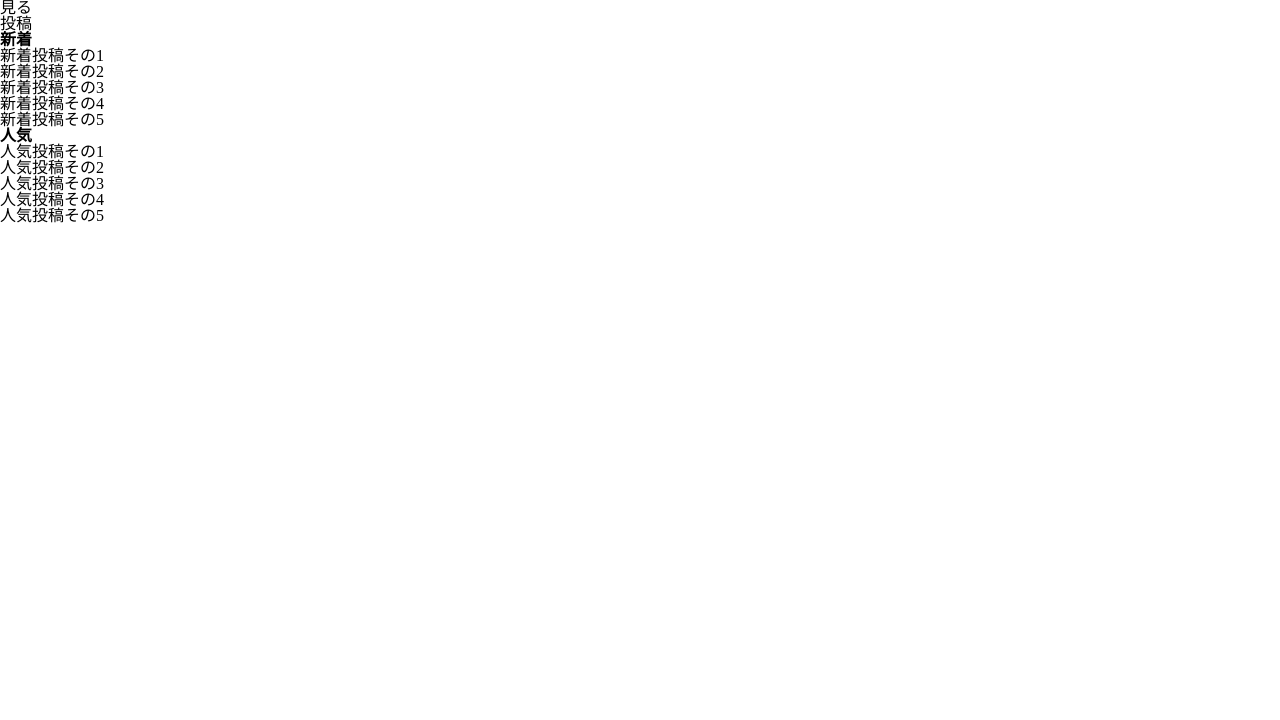
Repository: KustomApe/LandorusInc
Page: index.html
These files come from the project's save history. The page is drawn as it stood at one moment and after the next save; the edit follows.
The browser window is 1280 px wide. The pictures show the whole page.

Above is the page before, as saved 2021-07-24 12:54:02.

### index.html
<!DOCTYPE html>
<html lang="ja">
<head>
    <meta charset="UTF-8">
    <meta http-equiv="X-UA-Compatible" content="IE=edge">
    <meta name="viewport" content="width=device-width, initial-scale=1.0">
    <title>掲示板</title>
    <link rel="stylesheet" href="./assets/css/html5doctor.css">
    <link rel="stylesheet" href="./assets/css/style.css">
</head>
<body>
<div id="wrap">
    <h1 id="main_img"></h1>
    <div class="contents">
        <ul>
            <li>見る</li>
            <li>投稿</li>
        </ul>
        <h2>新着</h2>
        <ul>
            <li>新着投稿その1</li>
            <li>新着投稿その2</li>
            <li>新着投稿その3</li>
            <li>新着投稿その4</li>
            <li>新着投稿その5</li>
        </ul>
        <h2>人気</h2>
        <ul>
            <li>人気投稿その1</li>
            <li>人気投稿その2</li>
            <li>人気投稿その3</li>
            <li>人気投稿その4</li>
            <li>人気投稿その5</li>
        </ul>
    </div>
</div>
</body>
</html>

### assets/css/html5doctor.css
html, body, div, span, object, iframe,
h1, h2, h3, h4, h5, h6, p, blockquote, pre,
abbr, address, cite, code,
del, dfn, em, img, ins, kbd, q, samp,
small, strong, sub, sup, var,
b, i,
dl, dt, dd, ol, ul, li,
fieldset, form, label, legend,
table, caption, tbody, tfoot, thead, tr, th, td,
article, aside, canvas, details, figcaption, figure,
footer, header, hgroup, menu, nav, section, summary,
time, mark, audio, video {
    margin:0;
    padding:0;
    border:0;
    outline:0;
    font-size:100%;
    vertical-align:baseline;
    background:transparent;
}

body {
    line-height:1;
}

article,aside,details,figcaption,figure,
footer,header,hgroup,menu,nav,section {
    display:block;
}

nav ul {
    list-style:none;
}

blockquote, q {
    quotes:none;
}

blockquote:before, blockquote:after,
q:before, q:after {
    content:'';
    content:none;
}

a {
    margin:0;
    padding:0;
    font-size:100%;
    vertical-align:baseline;
    background:transparent;
}

/* change colours to suit your needs */
ins {
    background-color:#ff9;
    color:#000;
    text-decoration:none;
}

/* change colours to suit your needs */
mark {
    background-color:#ff9;
    color:#000;
    font-style:italic;
    font-weight:bold;
}

del {
    text-decoration: line-through;
}

abbr[title], dfn[title] {
    border-bottom:1px dotted;
    cursor:help;
}

table {
    border-collapse:collapse;
    border-spacing:0;
}

/* change border colour to suit your needs */
hr {
    display:block;
    height:1px;
    border:0;
    border-top:1px solid #cccccc;
    margin:1em 0;
    padding:0;
}

input, select {
    vertical-align:middle;
}

### assets/css/style.css
@charset "utf-8";

body {
    width: 100%;
    max-width: 1920px;
}

h1#main_img {
    display: block;
    width: 100%;
    height: auto;
    background: url('../img/main.jpg');
    background-size: cover;
}

After the next save:
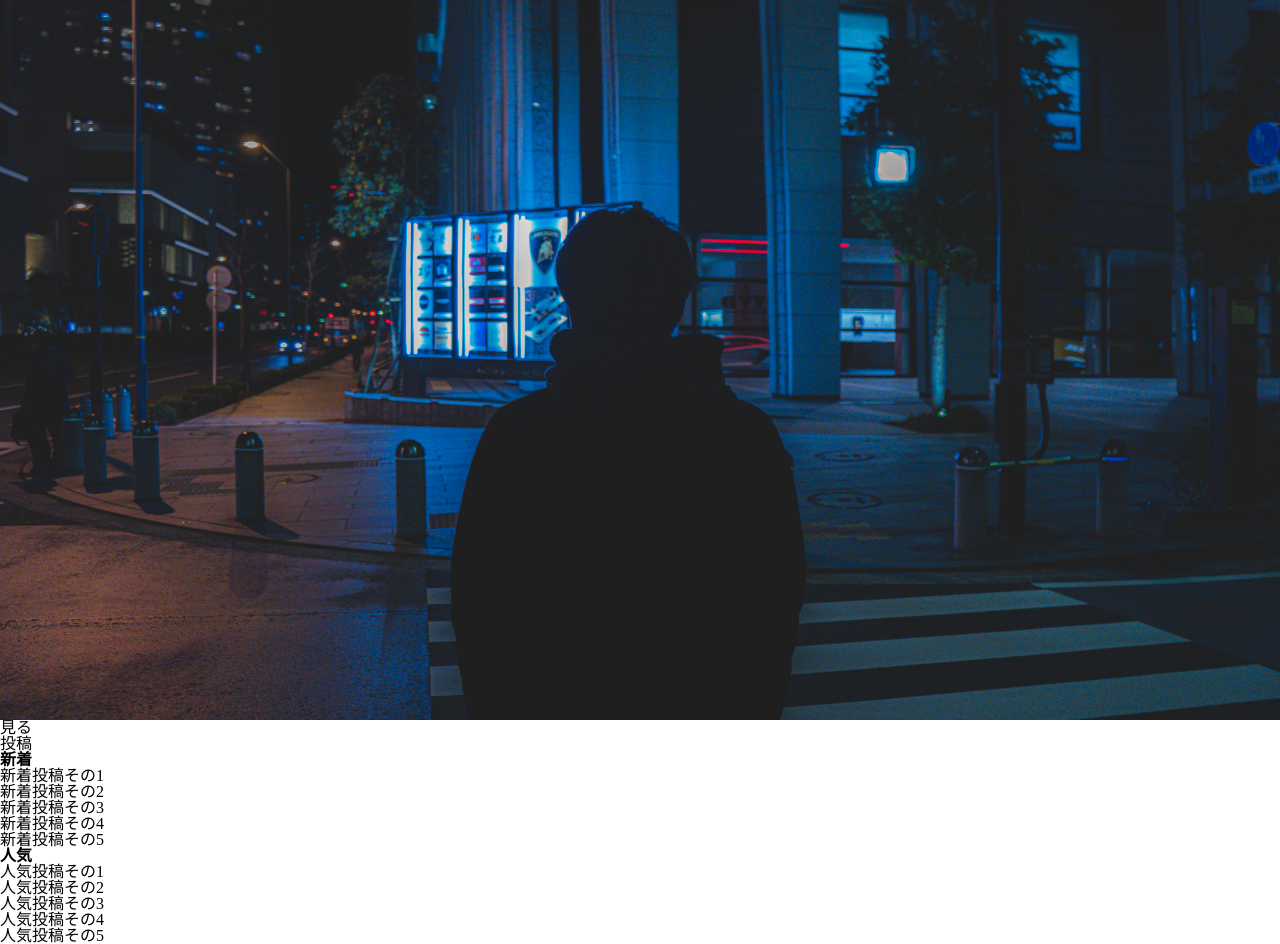
Saved 40 s later.
--- a/assets/css/style.css
+++ b/assets/css/style.css
@@ -8,7 +8,7 @@ body {
 h1#main_img {
     display: block;
     width: 100%;
-    height: auto;
+    height: 100vh;
     background: url('../img/main.jpg');
     background-size: cover;
 }
